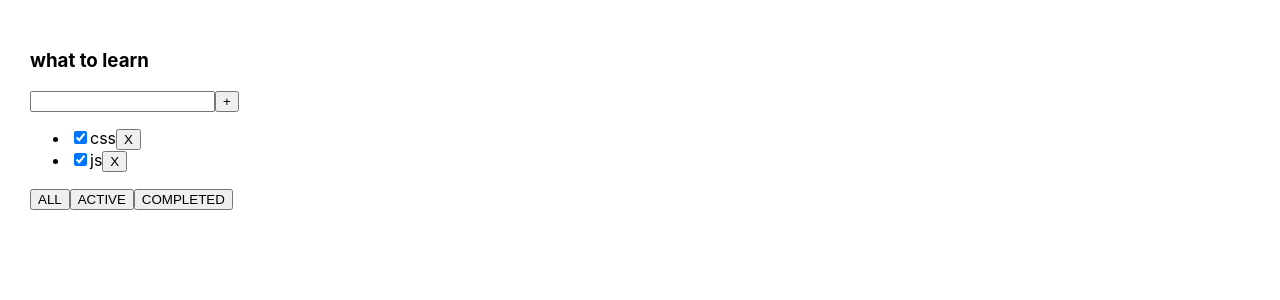
Repository: Grid-Master/myTrello
Page: /
These files come from the project's save history. The page is drawn as it stood at one moment and after the next save; the edit follows.
The browser window is 1280 px wide. The pictures show the whole page.
The project was rebuilt for these pictures with package versions that can differ from the ones it lists, and the page was loaded fresh each time.

Above is the page before, as saved 2023-01-25 00:06:23.

After the next save:
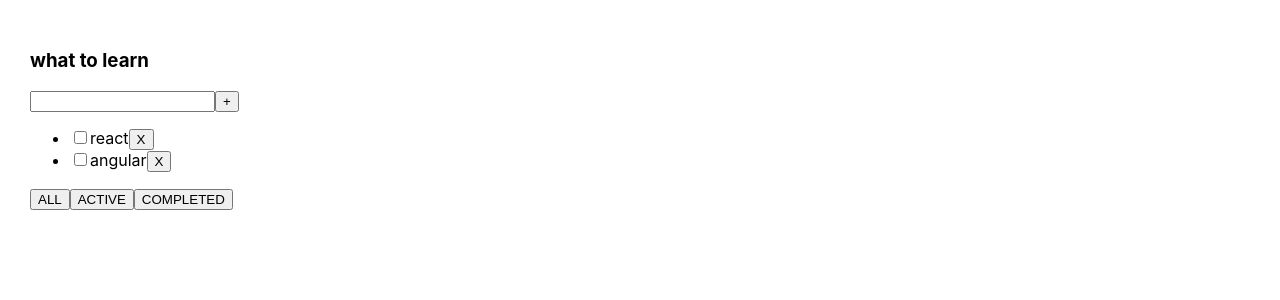
Saved 15 s later.
--- a/src/App.tsx
+++ b/src/App.tsx
@@ -56,7 +56,7 @@ function App() {
     tasksForTodoList = tasks.filter(task => task.isDone)
   }
   if(filter === 'active') {
-    tasksForTodoList = tasks.filter(task => task.isDone)
+    tasksForTodoList = tasks.filter(task => !task.isDone)
   }
 
   return (

After the save that followed:
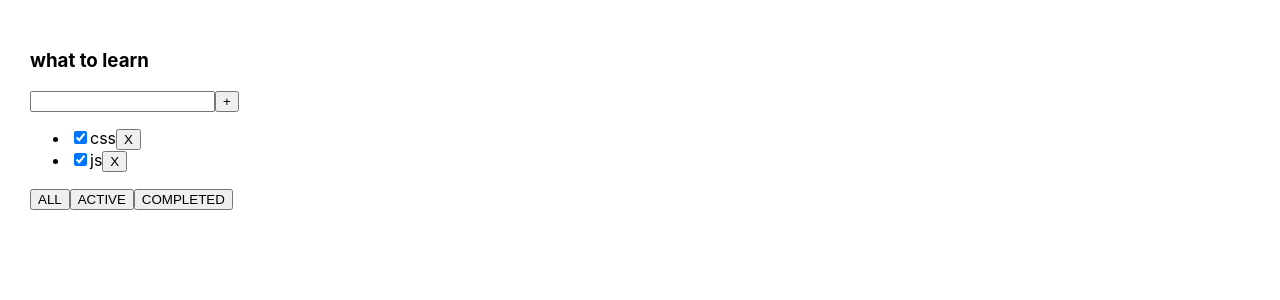
Saved 5 s later.
--- a/src/App.tsx
+++ b/src/App.tsx
@@ -44,7 +44,7 @@ const initTasks = [
 
 function App() {
   const [tasks, setTasks] = useState<taskType[]>(initTasks)
-  const [filter, setFilter] = useState<string>('active')
+  const [filter, setFilter] = useState<string>('completed')
 
   const removeTask = (id: number) => {
     let filteredTasks = tasks.filter((task) => task.id !== id)
